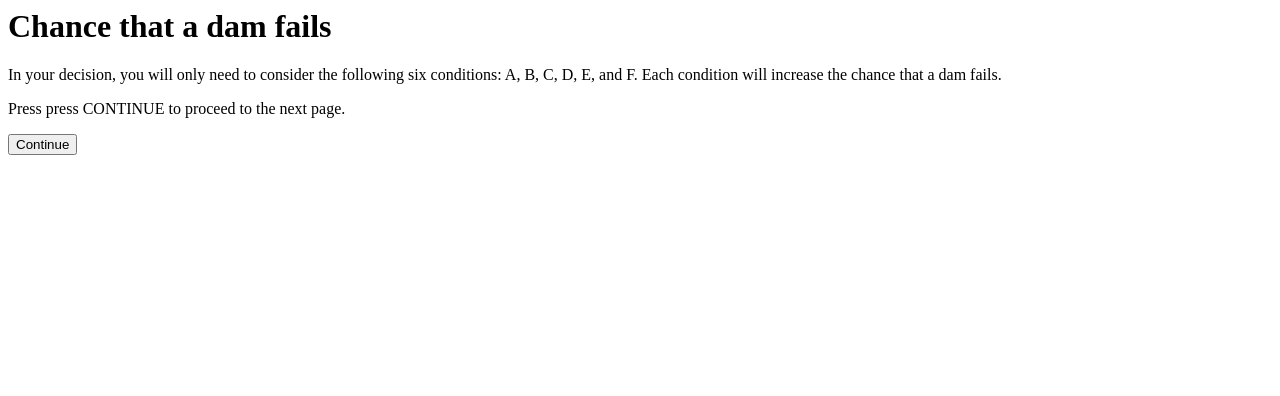
Repository: zmikaya/behavecon
Page: templates/group/Category3Dams_p3.html
The author's editor kept a record of every edit. The page is drawn from the files as they stood at one moment, then again after the next edit.
The browser window is 1280 px wide. The pictures show the whole page.
The template is drawn by Django 2.2. The application's start-up code is not run. Other server files are loaded and not shown. The template is opened directly, without the code that normally fills it, so the values that code supplies are empty.

Above is the page before.

### templates/group/Category3Dams_p3.html

        <!-- Page Content -->
        <div id="page-content-wrapper">
            <div class="container-fluid">
                <div class="row">
                    <div class="col-lg-12 center">
                        <h1><b>Chance that a dam fails</b></h1>
                        <p>In your decision, you will only need to consider
                            the following six conditions: A, B, C, D, E, and F.
                            Each condition will increase the chance that a dam
                            fails.
                        </p>
                        <div>
                            <p class="inline continue">Press press CONTINUE to proceed to the next page.</p>
                            <button type="button" class="btn btn-primary next" onclick="ajaxGetPage('p4')">Continue</button>
                        </div>
                        <!--<a href="#menu-toggle" class="btn btn-default" id="menu-toggle">Toggle Menu</a>-->
                    </div>
                </div>
            </div>
        </div>
        <!-- /#page-content-wrapper -->

### templates/sidebar-base.html
<!DOCTYPE html>
{% load staticfiles %}
<html lang="en">

<head>

    <meta charset="utf-8">
    <meta http-equiv="X-UA-Compatible" content="IE=edge">
    <meta name="viewport" content="width=device-width, initial-scale=1">
    <meta name="description" content="">
    <meta name="author" content="">

    <title>BehaveCon</title>

    <!-- Bootstrap Core CSS -->
    <link href="{% static "css/bootstrap.min.css" %}" rel="stylesheet">

    <!-- Custom CSS -->
    <link href="{% static "css/simple-sidebar.css" %}" rel="stylesheet">

    <link href="{% static "css/style.css" %}" rel="stylesheet">

    <script src="{% static "js/jquery.js" %}"></script>

    <script src="{% static "js/embed.js" %}" type="text/javascript"></script>

    <!-- HTML5 Shim and Respond.js IE8 support of HTML5 elements and media queries -->
    <!-- WARNING: Respond.js doesn't work if you view the page via file:// -->
    <!--[if lt IE 9]>
        <script src="https://oss.maxcdn.com/libs/html5shiv/3.7.0/html5shiv.js"></script>
        <script src="https://oss.maxcdn.com/libs/respond.js/1.4.2/respond.min.js"></script>
    <![endif]-->


</head>

<body>

    <!--<div id="wrapper">-->

        <!-- Sidebar -->
    <!--    <div id="sidebar-wrapper">-->
    <!--        <ul class="sidebar-nav">-->
    <!--            <li class="sidebar-brand">-->
    <!--                <a href="#">-->
    <!--                    Start Bootstrap-->
    <!--                </a>-->
    <!--            </li>-->
    <!--            <li>-->
    <!--                <a href="#">Dashboard</a>-->
    <!--            </li>-->
    <!--            <li>-->
    <!--                <a href="#">Shortcuts</a>-->
    <!--            </li>-->
    <!--            <li>-->
    <!--                <a href="#">Overview</a>-->
    <!--            </li>-->
    <!--            <li>-->
    <!--                <a href="#">Events</a>-->
    <!--            </li>-->
    <!--            <li>-->
    <!--                <a href="#">About</a>-->
    <!--            </li>-->
    <!--            <li>-->
    <!--                <a href="#">Services</a>-->
    <!--            </li>-->
    <!--            <li>-->
    <!--                <a href="#">Contact</a>-->
    <!--            </li>-->
    <!--        </ul>-->
    <!--    </div>-->
        <!-- /#sidebar-wrapper -->

        <!-- Page Content -->
        {% block body_block %}{% endblock %}
    <!-- /#wrapper -->

    <!-- jQuery -->
    <script src="{% static "js/jquery.js" %}"></script>

    <!-- Bootstrap Core JavaScript -->
    <script src="{% static "js/bootstrap.min.js" %}"></script>

    <script src="{% static "js/script.js" %}"></script>

    <!-- Menu Toggle Script -->
    <script>
    $("#menu-toggle").click(function(e) {
        e.preventDefault();
        $("#wrapper").toggleClass("toggled");
    });
    </script>

</body>

</html>

### static/css/simple-sidebar.css
/*!
 * Start Bootstrap - Simple Sidebar HTML Template (http://startbootstrap.com)
 * Code licensed under the Apache License v2.0.
 * For details, see http://www.apache.org/licenses/LICENSE-2.0.
 */

/* Toggle Styles */

#wrapper {
    padding-left: 0;
    -webkit-transition: all 0.5s ease;
    -moz-transition: all 0.5s ease;
    -o-transition: all 0.5s ease;
    transition: all 0.5s ease;
}

#wrapper.toggled {
    padding-left: 250px;
}

#sidebar-wrapper {
    z-index: 1000;
    position: fixed;
    left: 250px;
    width: 0;
    height: 100%;
    margin-left: -250px;
    overflow-y: auto;
    background: #000;
    -webkit-transition: all 0.5s ease;
    -moz-transition: all 0.5s ease;
    -o-transition: all 0.5s ease;
    transition: all 0.5s ease;
}

#wrapper.toggled #sidebar-wrapper {
    width: 250px;
}

#page-content-wrapper {
    width: 100%;
    position: absolute;
    padding: 15px;
}

#wrapper.toggled #page-content-wrapper {
    position: absolute;
    margin-right: -250px;
}

/* Sidebar Styles */

.sidebar-nav {
    position: absolute;
    top: 0;
    width: 250px;
    margin: 0;
    padding: 0;
    list-style: none;
}

.sidebar-nav li {
    text-indent: 20px;
    line-height: 40px;
}

.sidebar-nav li a {
    display: block;
    text-decoration: none;
    color: #999999;
}

.sidebar-nav li a:hover {
    text-decoration: none;
    color: #fff;
    background: rgba(255,255,255,0.2);
}

.sidebar-nav li a:active,
.sidebar-nav li a:focus {
    text-decoration: none;
}

.sidebar-nav > .sidebar-brand {
    height: 65px;
    font-size: 18px;
    line-height: 60px;
}

.sidebar-nav > .sidebar-brand a {
    color: #999999;
}

.sidebar-nav > .sidebar-brand a:hover {
    color: #fff;
    background: none;
}

@media(min-width:768px) {
    #wrapper {
        padding-left: 250px;
    }

    #wrapper.toggled {
        padding-left: 0;
    }

    #sidebar-wrapper {
        width: 250px;
    }

    #wrapper.toggled #sidebar-wrapper {
        width: 0;
    }

    #page-content-wrapper {
        padding: 20px;
        position: relative;
    }

    #wrapper.toggled #page-content-wrapper {
        position: relative;
        margin-right: 0;
    }
}

### static/css/style.css
.center {
    text-align: center;
    font-size: 20px;
    margin-top: 3%;
    line-height: 160%;
}

.left-align {
    font-size: 20px;
    margin-top: 3%;
    line-height: 160%;
}

.left-align-width {
    font-size: 20px;
    margin-top: 3%;
    line-height: 160%;
    width: 80% !important;
}

.left-align-no-margin {
    font-size: 20px;
    margin-top: 0;
    line-height: 160%;
}

.inline {
    display: inline-block;
}

.continue {
    margin-top: 10%;
}

.text {
    font-size: 20px;
    line-height: 160%;
}

.left {
    margin-top: 3%;
    width: 50%;
    float: left;
}

.right {
    margin-top: 3%;
    width: 50%;
    float: right;
}

.damTable {
    max-height: 100%;
    max-width: 100%;
    margin-top: 15%;
}

.damContinue {
    float: right;
    font-size: 20px;
    padding-right: 5%;
}

.bullet-points li {
    margin-bottom: 2%;
}

.practice-ml-row{
    height: 150px;
    border-bottom: thick solid #A69F9F;
}

.col-md-6 p{
    margin: 0;
    transform: translateY(50%);
}

.table-center {
    transform: translateY(50%);
}

.table-3-center {
    transform: translateY(20%);
}

.list-no-style {
    list-style-type: none;
}

.list-inline {
    vertical-align: top;
}

.table-inline {
    display: inline-block;
}
.border{
    height: 100%;
    border-left: thick solid #A69F9F;
}

.no-margin {
    margin: 0;
}

.chat {
    margin-top: 4%;
}

.enterinfo {
    width: 15%;
}

.error-msg {
    color: red;
}

.npresent {
    padding-left: 35px;
}



#leftAnswers {
    margin-top: 5%;
}

#black-border {
    border: solid black;
}

### static/js/embed.js
function tlkioOnload() {
    var target_element  = document.getElementById('tlkio'),
        channel_name    = target_element.getAttribute('data-channel'),
        custom_css_path = target_element.getAttribute('data-theme'),
        nickname        = target_element.getAttribute('data-nickname'),
        iframe          = document.createElement('iframe');

    // var iframe_src = 'http://embed.lvh.me:3000/' + channel_name,
    var iframe_src = '//embed.tlk.io/' + channel_name,
        iframe_query = [];


    if (custom_css_path && custom_css_path.length > 0) {
      iframe_query.push('custom_css_path=' + custom_css_path);
    }

    if (nickname && nickname.length > 0) {
      iframe_query.push('nickname=' + nickname);
    }

    if (iframe_query.length > 0) {
      iframe_src += '?' + iframe_query.join('&')
    }

    iframe.setAttribute('src', iframe_src);
    iframe.setAttribute('width', '100%');
    iframe.setAttribute('height', '100%');
    iframe.setAttribute('frameborder', '0');
    iframe.setAttribute('style', 'margin-bottom: -8px;');

    var current_style = target_element.getAttribute('style');
    target_element.setAttribute('style', 'overflow: auto; -webkit-overflow-scrolling: touch;' + current_style);

    target_element.appendChild(iframe);
};

### static/js/script.js
var url = "/Category3Dams/"

function getCookie(name) {
    var cookieValue = null;
    if (document.cookie && document.cookie != '') {
        var cookies = document.cookie.split(';');
        for (var i = 0; i < cookies.length; i++) {
            var cookie = jQuery.trim(cookies[i]);
            // Does this cookie string begin with the name we want?
            if (cookie.substring(0, name.length + 1) == (name + '=')) {
                cookieValue = decodeURIComponent(cookie.substring(name.length + 1));
                break;
            }
        }
    }
    return cookieValue;
}


// $('.next').click(function(){
//     var csrftoken = getCookie('csrftoken');
//     var id = $("#enterid").val();
//     var page = $(this).attr('id')+'/';
//     $.ajax({
//       type: "POST",
//       url: url + page,
//       data: {
//           'id': id,
//           'csrfmiddlewaretoken': csrftoken
//         },
//         success: nextPage,
//         dataType: 'html'
//     });
// });

function dictToList(dict) {
    var keys = Object.keys(dict).sort()
    var data = [];
    for (var i=0; i<keys.length; i++) {
        data.push(dict[keys[i]]);
    }
    return data
}

function ajaxGetPage(page, data){
    var csrftoken = getCookie('csrftoken');
    console.log(url+page)
    var id = $("#enterid").val();
    // var page = $(this).attr('id')+'/';
    if (data) {
        var out = JSON.stringify(dictToList(data));
        console.log(out)
        $.ajax({
          type: "POST",
          url: url + page,
          data: {
              'data': out,
              'csrfmiddlewaretoken': csrftoken
            },
            success: nextPage,
            dataType: 'html'
        });
    }
    else {
        $.ajax({
          type: "POST",
          url: url + page,
          data: {
              'id': id,
              'csrfmiddlewaretoken': csrftoken
            },
            success: nextPage,
            dataType: 'html'
        });
    }
};

function ajaxSendData(page, data){
    var csrftoken = getCookie('csrftoken');
    console.log(url+page)
    var id = $("#enterid").val();
    // var page = $(this).attr('id')+'/';
    if (data) {
        var out = JSON.stringify(dictToList(data));
        console.log(out)
        $.ajax({
          type: "POST",
          url: url + page,
          data: {
              'data': out,
              'csrfmiddlewaretoken': csrftoken
            },
            success: emptyReturn,
            dataType: 'html'
        });
    }
}


function emptyReturn(data, textStatus, jqXHR){
    // var data = $.parseHTML(data);
    // console.log(data)
    // $("html").empty();
    // for(var i=0; i<data.length; i++){
    //     $("html").append(data[i])
    // }
    // if (tlkioOnload) {
    //     tlkioOnload();
    // }
}

// if (tlkioOnload) {
//     tlkioOnload();
// }


// handles the returned html/data from Django
// clears existing body, then replaces it with returned html
var test = null;
function nextPage(data, textStatus, jqXHR){
    test = data;
    var data = $.parseHTML(data);
    console.log(data)
    $("html").empty();
    for(var i=0; i<data.length; i++){
        $("html").append(data[i])
    }
    if (tlkioOnload) {
        tlkioOnload();
    }
}

if (tlkioOnload) {
    tlkioOnload();
}

Loaded but not shown: static/css/bootstrap.min.css (library); static/js/jquery.js (library); static/js/bootstrap.min.js (library)

After the next edit:
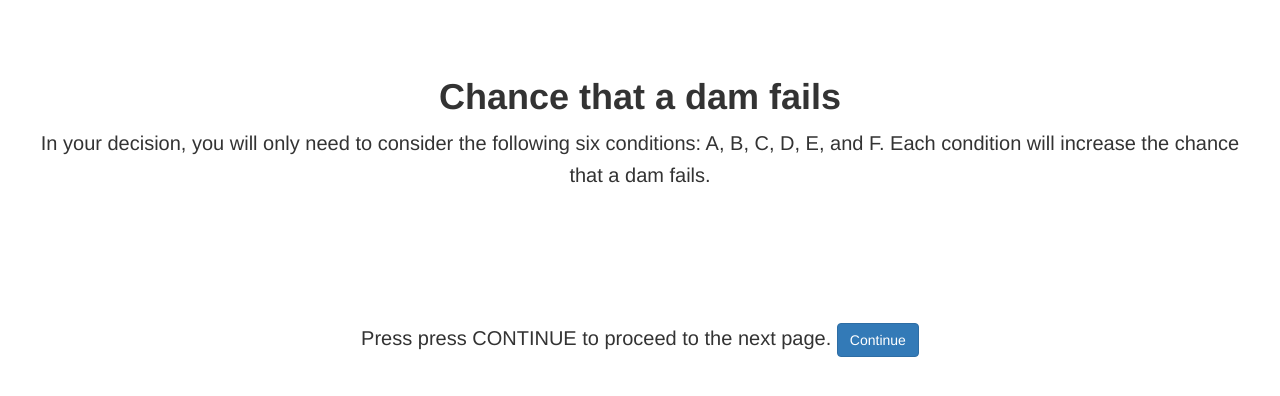
Console error: TypeError: Cannot read properties of null (reading 'getAttribute')
The edit:
--- a/templates/group/Category3Dams_p3.html
+++ b/templates/group/Category3Dams_p3.html
@@ -1,22 +1,26 @@
+{% extends 'sidebar-base.html' %}
+{% load staticfiles %}
 
-        <!-- Page Content -->
-        <div id="page-content-wrapper">
-            <div class="container-fluid">
-                <div class="row">
-                    <div class="col-lg-12 center">
-                        <h1><b>Chance that a dam fails</b></h1>
-                        <p>In your decision, you will only need to consider
-                            the following six conditions: A, B, C, D, E, and F.
-                            Each condition will increase the chance that a dam
-                            fails.
-                        </p>
-                        <div>
-                            <p class="inline continue">Press press CONTINUE to proceed to the next page.</p>
-                            <button type="button" class="btn btn-primary next" onclick="ajaxGetPage('p4')">Continue</button>
-                        </div>
-                        <!--<a href="#menu-toggle" class="btn btn-default" id="menu-toggle">Toggle Menu</a>-->
+{% block body_block %}
+    <!-- Page Content -->
+    <div id="page-content-wrapper">
+        <div class="container-fluid">
+            <div class="row">
+                <div class="col-lg-12 center">
+                    <h1><b>Chance that a dam fails</b></h1>
+                    <p>In your decision, you will only need to consider
+                        the following six conditions: A, B, C, D, E, and F.
+                        Each condition will increase the chance that a dam
+                        fails.
+                    </p>
+                    <div>
+                        <p class="inline continue">Press press CONTINUE to proceed to the next page.</p>
+                        <button type="button" class="btn btn-primary next" onclick="ajaxGetPage('p4')">Continue</button>
                     </div>
+                    <!--<a href="#menu-toggle" class="btn btn-default" id="menu-toggle">Toggle Menu</a>-->
                 </div>
             </div>
         </div>
-        <!-- /#page-content-wrapper -->
+    </div>
+    <!-- /#page-content-wrapper -->
+{% endblock %}
